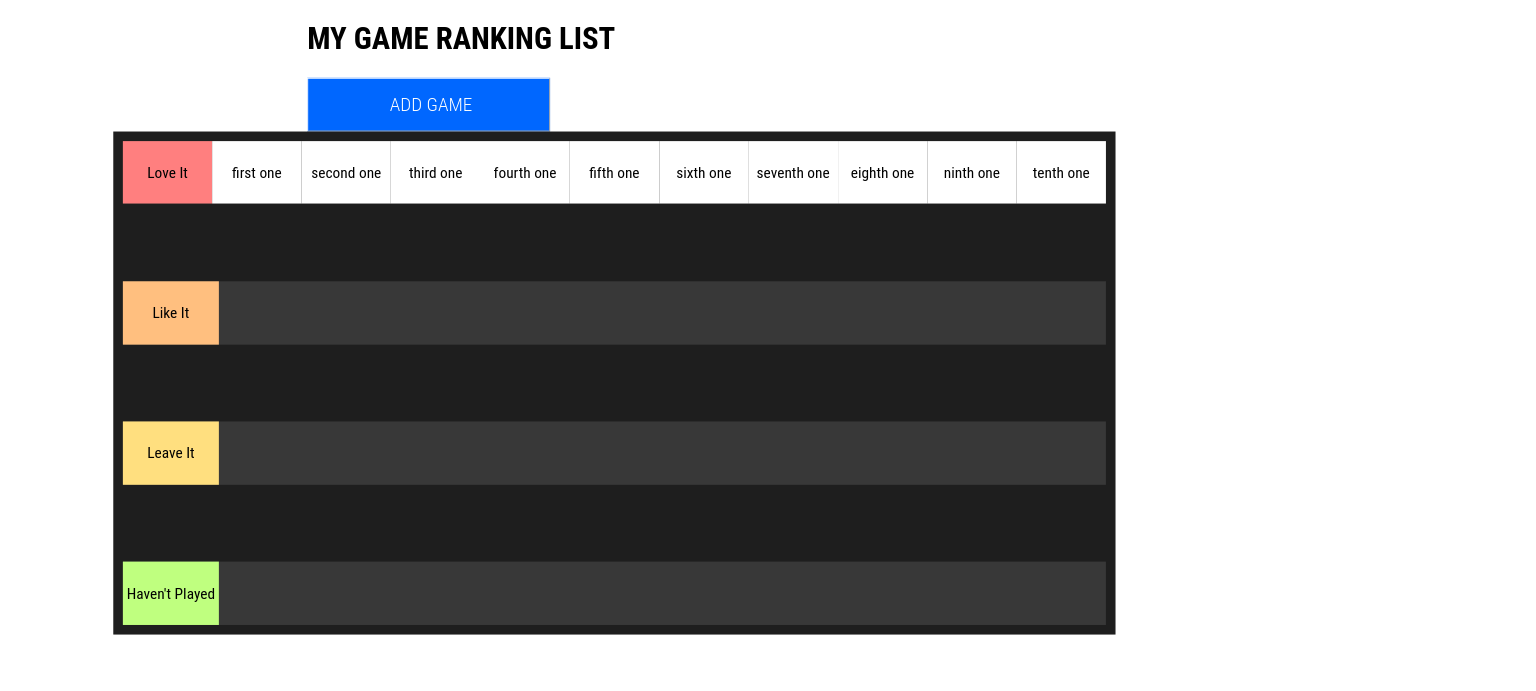
Repository: akiachenise/akiachenise.github.io
Page: JackboxGames_TierList_vanilla/index.html
An editor plug-in stored every save of this project. The page is shown before and after the next save, followed by the edit.
The browser window is 1280 px wide. The page is 1600 px wide, so the pictures cover 1600 px, including what lies to the right of the window. The pictures show the whole page, at 96% of full size.

Above is the page before, as saved 2022-11-26 17:46:31.

After the next save:
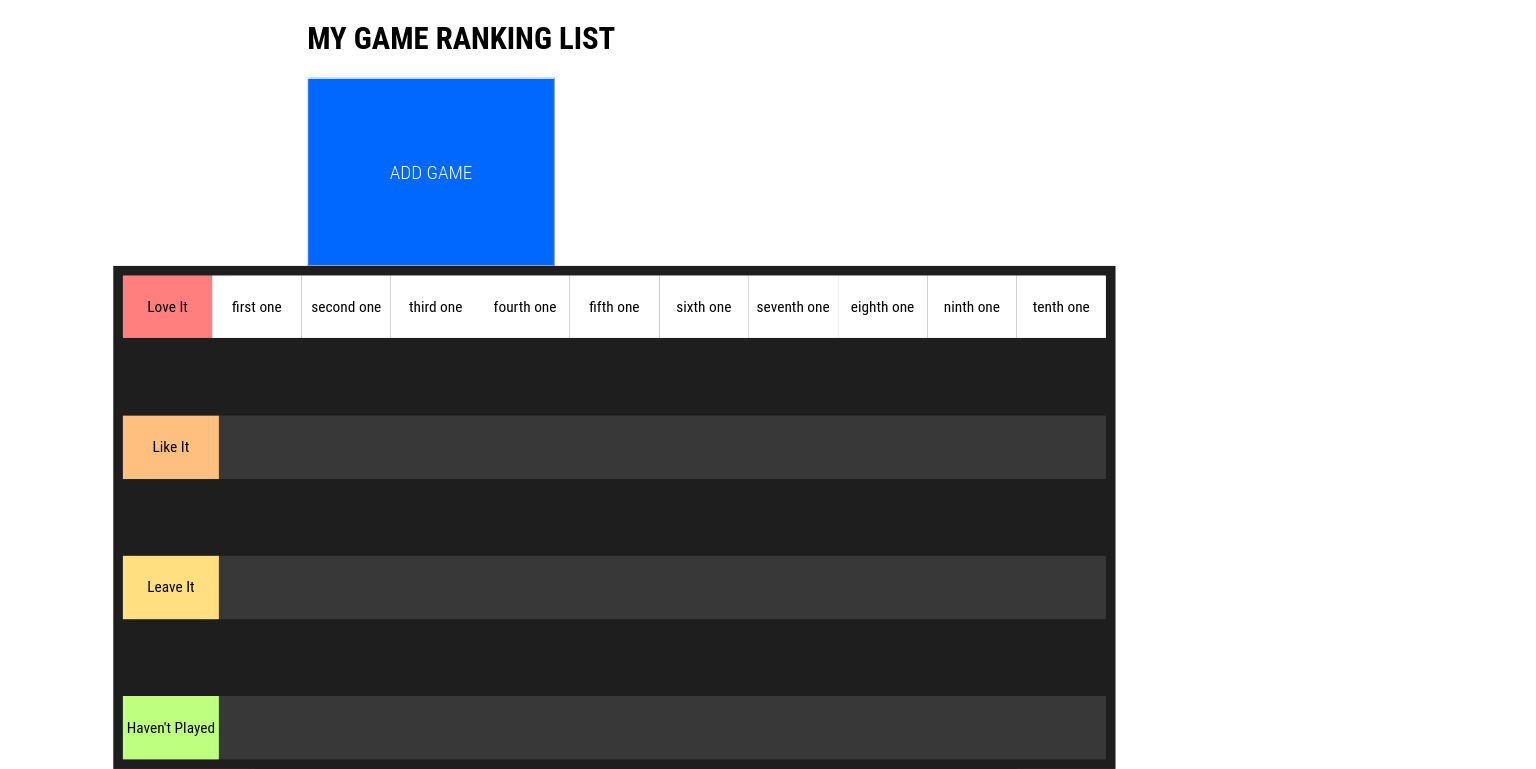
Saved 69 s later.
--- a/JackboxGames_TierList_vanilla/css/stylesheet.css
+++ b/JackboxGames_TierList_vanilla/css/stylesheet.css
@@ -28,7 +28,7 @@
     border-color: white;
     color: white;
     background: rgba(0,103,255,1);
-    padding: 15px 80px 15px 85px;
+    padding: 85px;
 
 
 

After the save that followed:
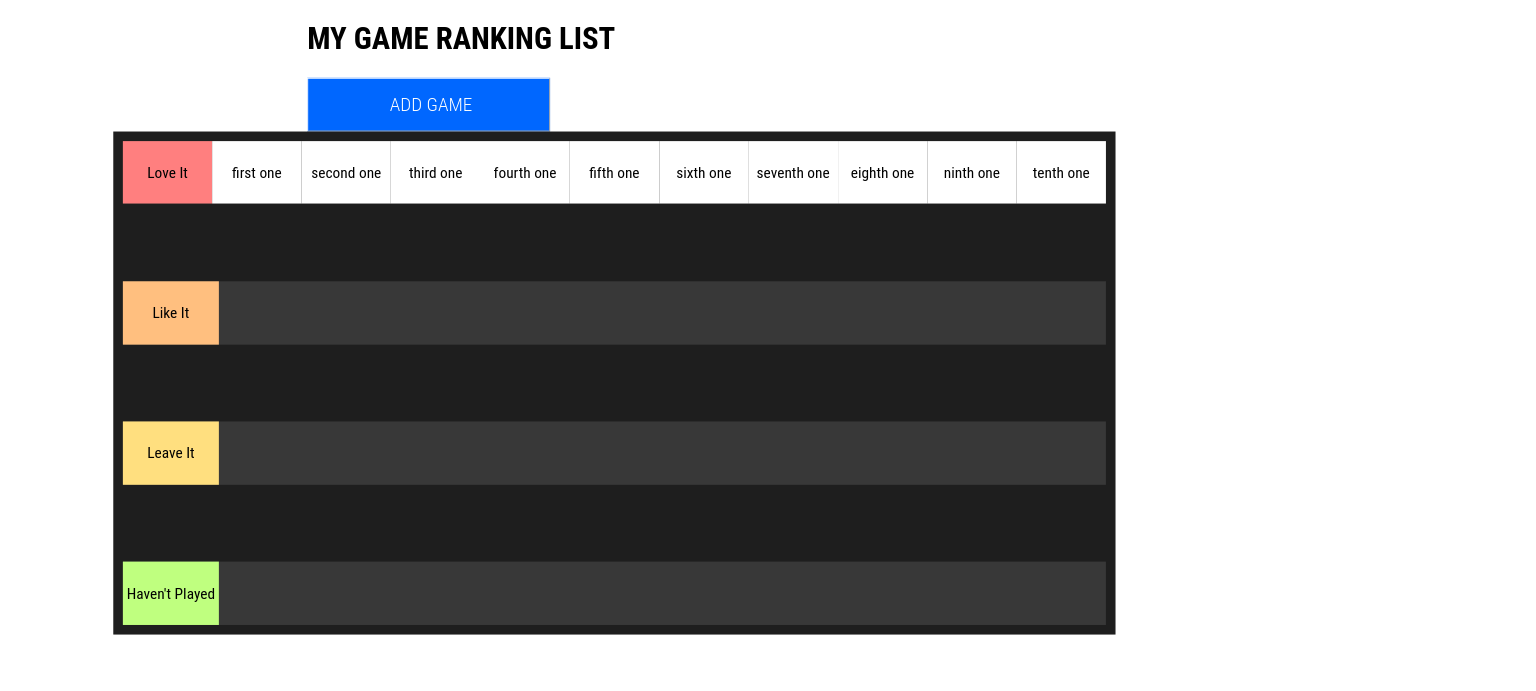
Saved 21 s later.
--- a/JackboxGames_TierList_vanilla/css/stylesheet.css
+++ b/JackboxGames_TierList_vanilla/css/stylesheet.css
@@ -28,7 +28,8 @@
     border-color: white;
     color: white;
     background: rgba(0,103,255,1);
-    padding: 85px;
+    padding: 15px 80px 15px 85px;
+
 
 
 
